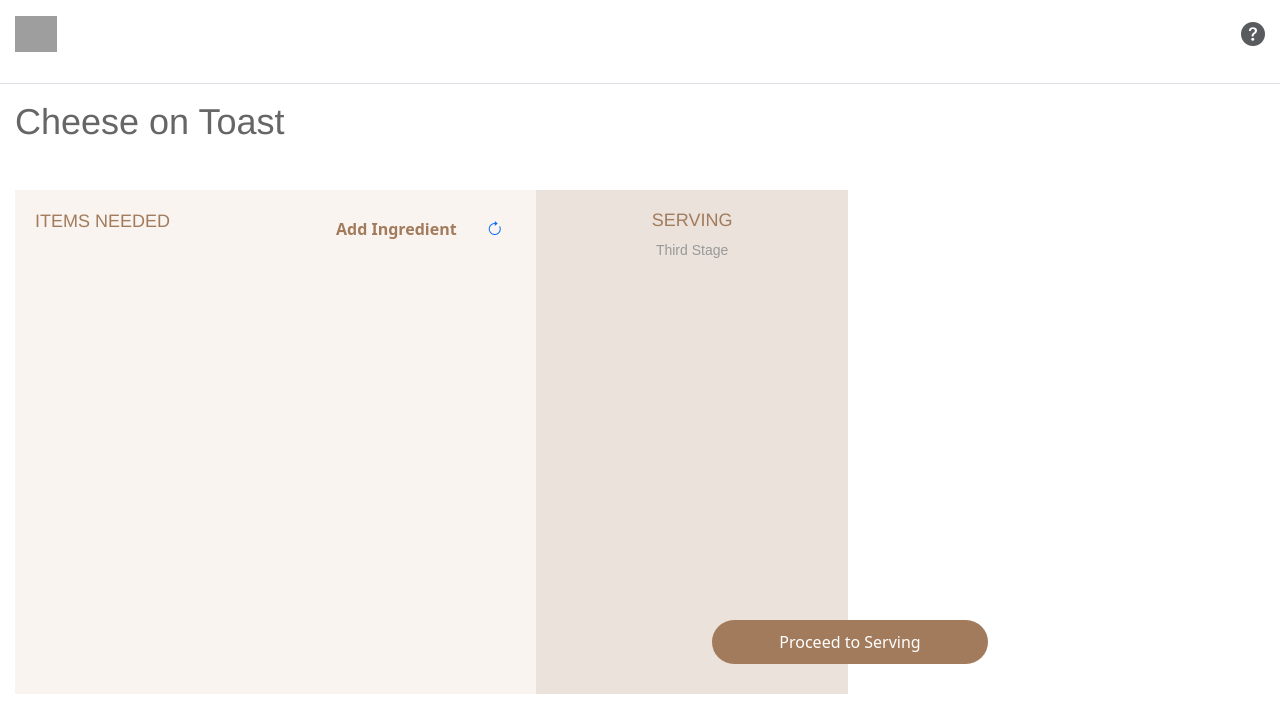
Repository: devashrisamani/SMC
Page: assign.html
An editor plug-in stored every save of this project. The page is shown before and after the next save, followed by the edit.
The browser window is 1280 px wide. The pictures show the whole page.
Pictures or frames that could not be fetched are drawn as grey boxes.

Above is the page before, as saved 2024-10-09 23:02:10.

After the next save:
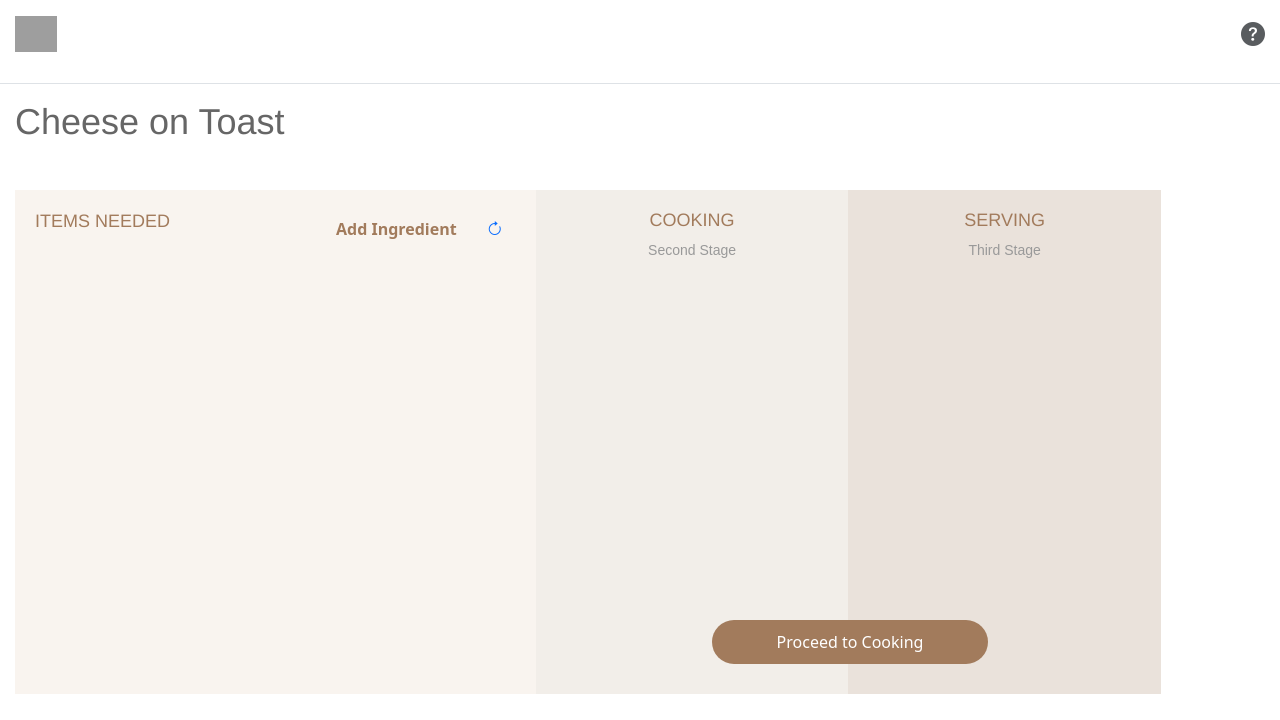
Saved 12 s later.
--- a/assign.html
+++ b/assign.html
@@ -64,10 +64,10 @@
         </div>
 
         <!-- Second Rectangle: Cooking -->
-        <!-- <div class="col-md-3 rectangle cooking">
+        <div class="col-md-3 rectangle cooking">
           <h5>COOKING</h5>
           <p>Second Stage</p>
-        </div> -->
+        </div>
 
         <!-- Third Rectangle: Serving -->
         <div class="col-md-3 rectangle serving">
@@ -78,7 +78,7 @@
         <!-- Button inside both Cooking and Serving -->
         <div class="proceed-btn-wrapper position-absolute">
           <button class="btn btn-primary proceed-btn">
-            Proceed to Serving
+            Proceed to Cooking
           </button>
         </div>
       </div>
